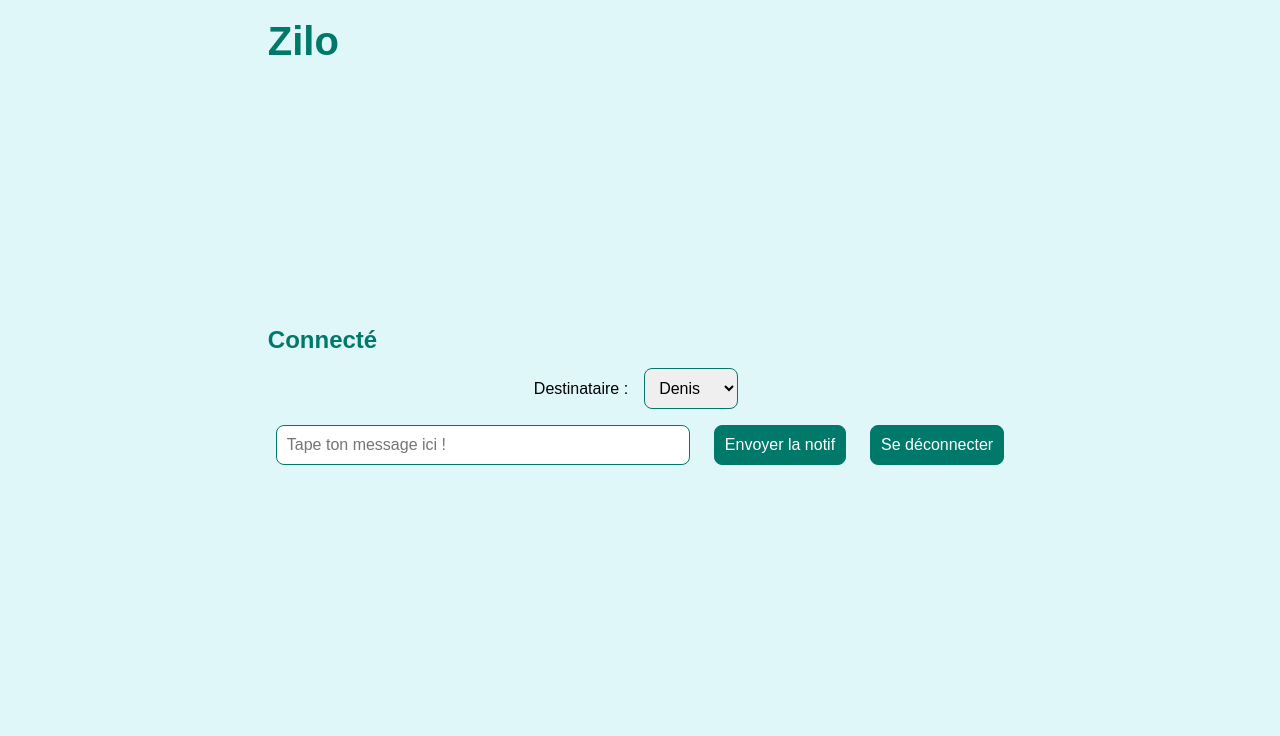
Repository: nlagardere/LumoNet
Page: public/index.html
The author's editor kept a copy of each file at every save. The page is drawn from the files as they stood at one save, then again after the next save.
The browser window is 1280 px wide. The pictures show the whole page.

Above is the page before, as saved 2025-08-18 19:59:43.

### public/index.html
<!DOCTYPE html>
<html lang="fr">
<head>
  <meta charset="UTF-8" />
  <meta name="viewport" content="width=device-width, initial-scale=1.0" />
  <title>Zilo</title>
  <style>
    body {
      font-family: Arial, sans-serif;
      display:flex; flex-direction:column;
      align-items:center; justify-content:center;
      height:100vh; background:#e0f7fa;
    }

    h1, h2 {
      color:#00796b;
      margin:6px 0;
    }

    select, input, button {
      margin:8px;
      padding:10px;
      font-size:16px;
      border-radius:8px;
      border:1px solid #00796b;
    }

    button {
      background:#00796b;
      color:#fff;
      cursor:pointer;
    }

    button:hover{
      background:#004d40;
    }

    .row{
      display:flex;
      gap:8px;
      flex-wrap:wrap;
      align-items:center;
      justify-content:center;
    }


     .card h1 {
      font-size:2.5em;
      margin-bottom:12px;
      position: relative;
      top: -250px;
     }


  </style>
</head>
<body>
  <div class="card">
    <h1>Zilo</h1>
    <h2 id="welcome">Connecté</h2>

    <div class="row">
      <label for="recipient">Destinataire :</label>
      <select id="recipient">
        <option value="denis">Denis</option>
        <option value="nathan">Nathan</option>
      </select>
    </div>

    <div class="row">
      <input id="message" type="text" placeholder="Tape ton message ici !" size="40" />
      <button id="send">Envoyer la notif</button>
      <button id="logout">Se déconnecter</button>
    </div>
  </div>

  <script>
    const messageInput = document.getElementById('message');

    async function send(){
      const recipient = document.getElementById('recipient').value;
      const message = messageInput.value.trim();
      if(!message){ alert('Écris un message !'); return; }

      const res = await fetch('/api/send', {
        method:'POST', headers:{'Content-Type':'application/json'},
        body: JSON.stringify({ recipient, message })
      });
      const data = await res.json();
      if(data.ok){
        messageInput.value = '';
        alert('Notification envoyée !');
      } else {
        if(res.status === 401){
          // non connecté → renvoie vers la connexion
          window.location.href = '/login.html';
        } else {
          alert('Erreur : ' + (data.error||'inconnue'));
        }
      }
    }

    async function logout(){
      await fetch('/api/logout');
      window.location.href = '/login.html';
    }

    document.getElementById('send').addEventListener('click', send);
    document.getElementById('logout').addEventListener('click', logout);
    messageInput.addEventListener('keydown', e => { if(e.key==='Enter') send(); });
  </script>
</body>
</html>

After the next save:
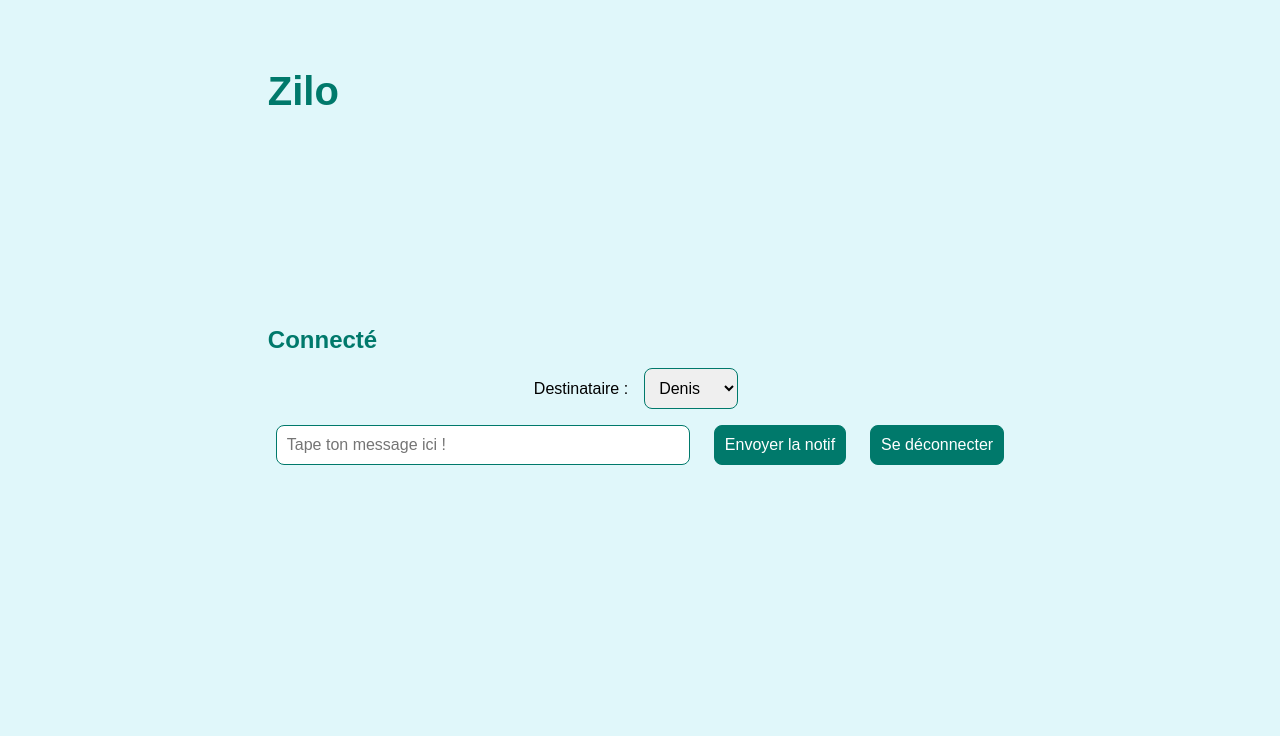
Saved 4 s later.
--- a/public/index.html
+++ b/public/index.html
@@ -48,7 +48,7 @@
       font-size:2.5em;
       margin-bottom:12px;
       position: relative;
-      top: -250px;
+      top: -200px;
      }
 
 
